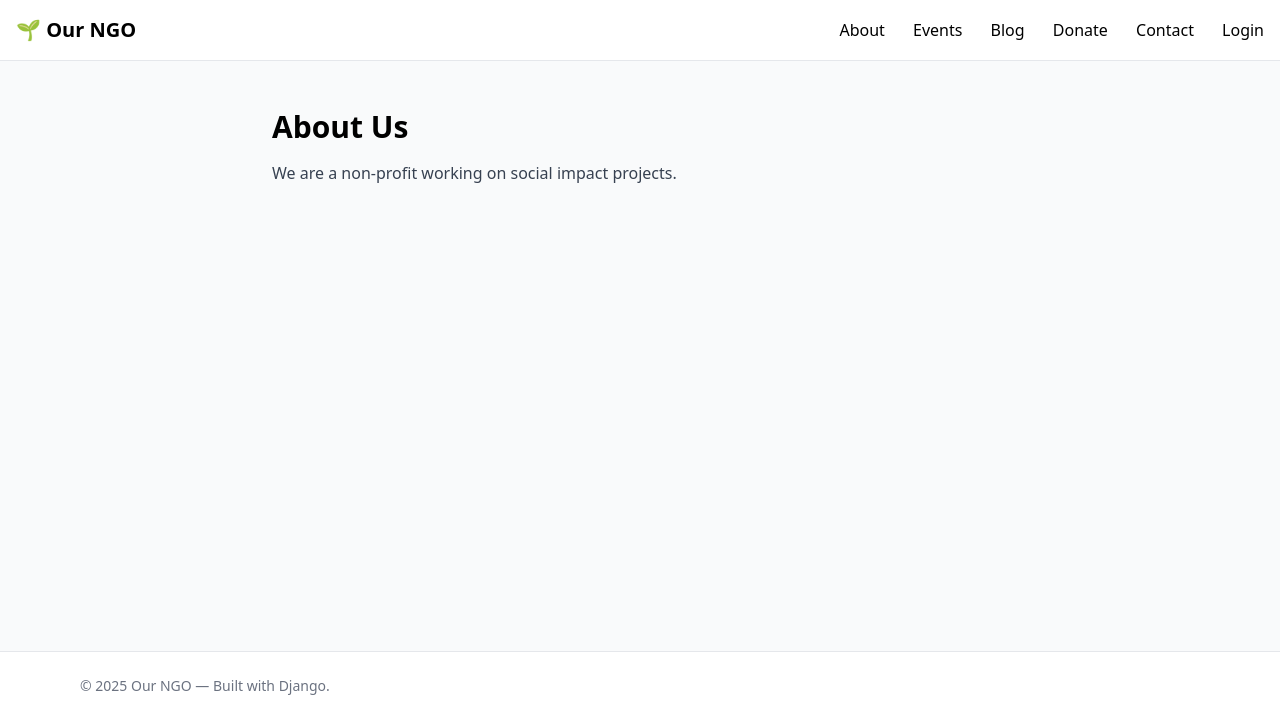
Repository: falak346/OUR-NGO
Page: http://localhost/about/
The author's editor kept a copy of each file at every save. The page is drawn from the files as they stood at one save, then again after the next save.
The browser window is 1280 px wide. The pictures show the whole page.
Some web libraries are served in a nearby version. The page is served by the project's application, run on Django 5.2 (ngo_site/manage.py).

Above is the page before, as saved 2025-11-13 11:41:14.

After the next save:
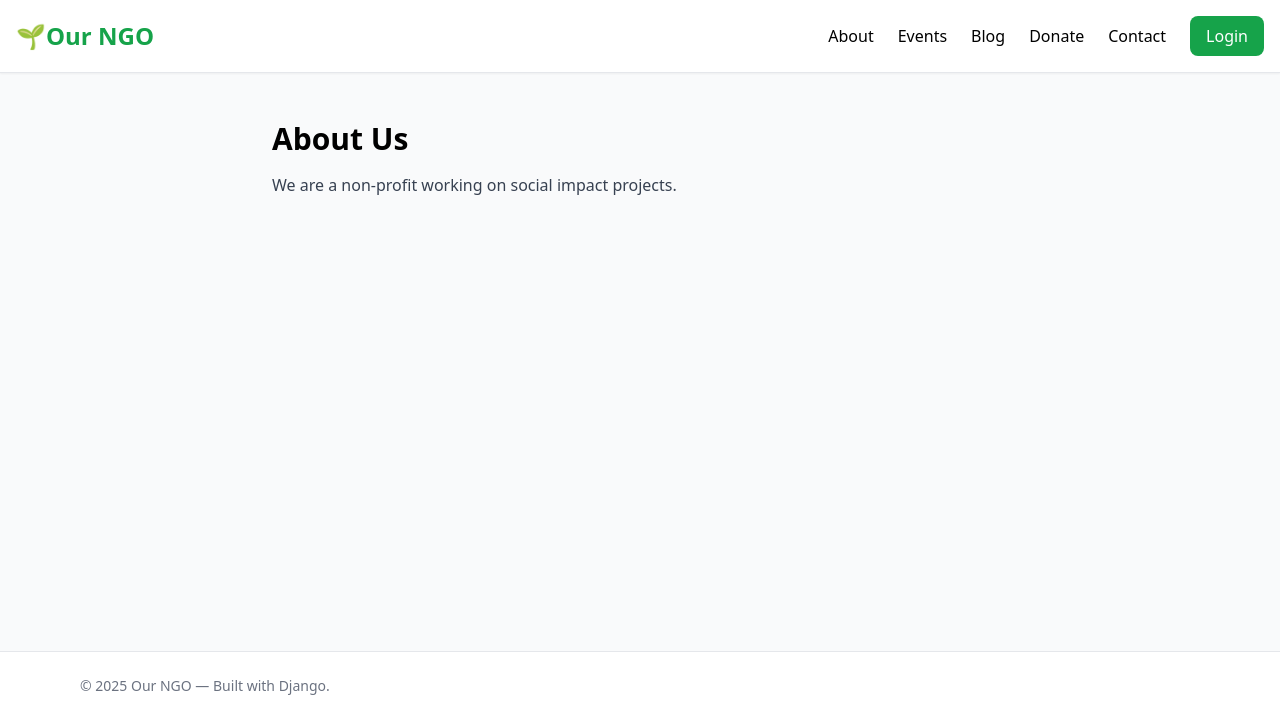
Saved 99 s later.
--- a/ngo_site/ngo_site/templates/base.html
+++ b/ngo_site/ngo_site/templates/base.html
@@ -7,46 +7,56 @@
   <script src="https://cdn.tailwindcss.com"></script>
   <link rel="stylesheet" href="/static/css/styles.css">
 </head>
+
 <body class="min-h-screen bg-gray-50 flex flex-col">
-  <header class="bg-white border-b">
+  <!-- Navbar -->
+  <header class="bg-white border-b shadow-sm">
     <div class="max-w-7xl mx-auto px-4 py-4 flex items-center justify-between">
-      <a href="/" class="text-xl font-bold">🌱 Our NGO</a>
-      <nav class="space-x-6">
-        <a class="hover:underline" href="/about/">About</a>
-        <a class="hover:underline" href="/events/">Events</a>
-        <a class="hover:underline" href="/blog/">Blog</a>
-        <a class="hover:underline" href="/donate/">Donate</a>
-        <a class="hover:underline" href="/contact/">Contact</a>
+      <!-- Logo -->
+      <a href="/" class="text-2xl font-bold text-green-600 flex items-center space-x-2">
+        🌱 <span>Our NGO</span>
+      </a>
+
+      <!-- Navigation Links -->
+      <nav class="flex items-center space-x-6">
+        <a class="hover:text-green-600 transition" href="/about/">About</a>
+        <a class="hover:text-green-600 transition" href="/events/">Events</a>
+        <a class="hover:text-green-600 transition" href="/blog/">Blog</a>
+        <a class="hover:text-green-600 transition" href="/donate/">Donate</a>
+        <a class="hover:text-green-600 transition" href="/contact/">Contact</a>
 
         {% if request.user.is_authenticated %}
-          <a class="hover:underline" href="/admin/">Admin</a>
+          <a class="hover:text-green-600 transition" href="/admin/">Admin</a>
         {% endif %}
 
-        <!-- 13/11 -->
-
+        <!-- Login / Logout Toggle -->
         {% if user.is_authenticated %}
-          <form method="post" action="{% url 'logout' %}" class="hover:underline">
+          <form method="post" action="{% url 'logout' %}" class="inline">
             {% csrf_token %}
-            <button type="submit" >
+            <button type="submit"
+              class="bg-red-600 hover:bg-red-700 text-white px-4 py-2 rounded-lg transition">
               Logout
             </button>
           </form>
         {% else %}
-          <a  class="hover:underline" href="{% url 'login' %}">Login</a>
+          <a href="{% url 'login' %}"
+            class="bg-green-600 hover:bg-green-700 text-white px-4 py-2 rounded-lg transition">
+            Login
+          </a>
         {% endif %}
-
       </nav>
     </div>
   </header>
 
+  <!-- Main Content -->
   <main class="flex-1">
     {% block content %}{% endblock %}
   </main>
 
+  <!-- Footer -->
   <footer class="bg-white border-t">
     <div class="max-w-6xl mx-auto px-4 py-6 text-sm text-gray-500">
-     © {% now "Y" %} Our NGO — Built with Django.
-
+      © {% now "Y" %} Our NGO — Built with Django.
     </div>
   </footer>
 </body>
